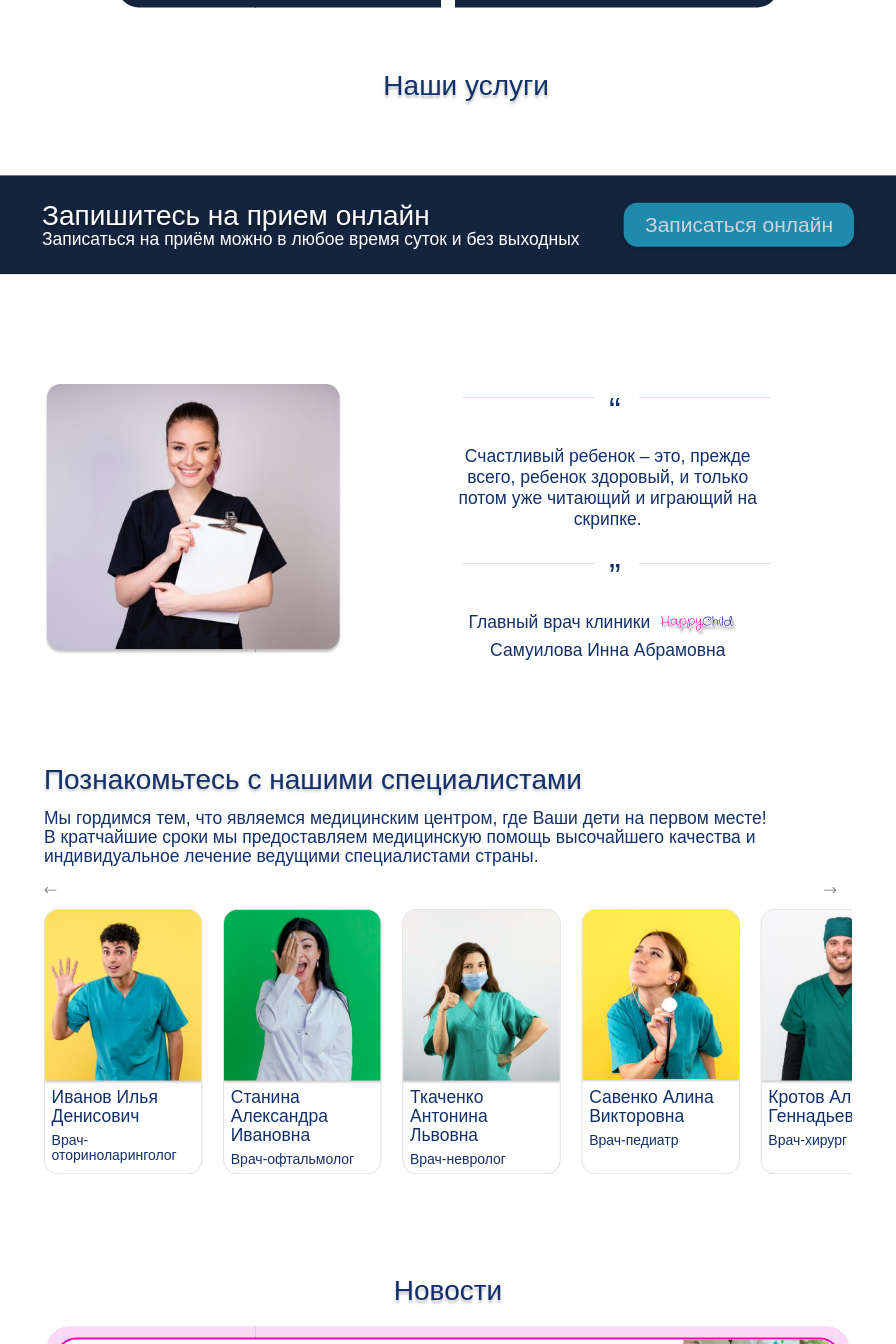
Repository: Normandy72/Landing-Page-Happy-Child
Page: index.html
The author's editor kept a copy of each file at every save. The page is drawn from the files as they stood at one save, then again after the next save.
The browser window is 1280 px wide. The pictures show the part of the page from y = 1082 to 3002 px (the page is 5967 px tall before and 6171 px after), at 70% of full size.
The page's requests for data from a server got no answer. Some web fonts or font styles are not loaded; a fallback is used.

Above is the page before, as saved 2022-12-06 09:12:33.

After the next save:
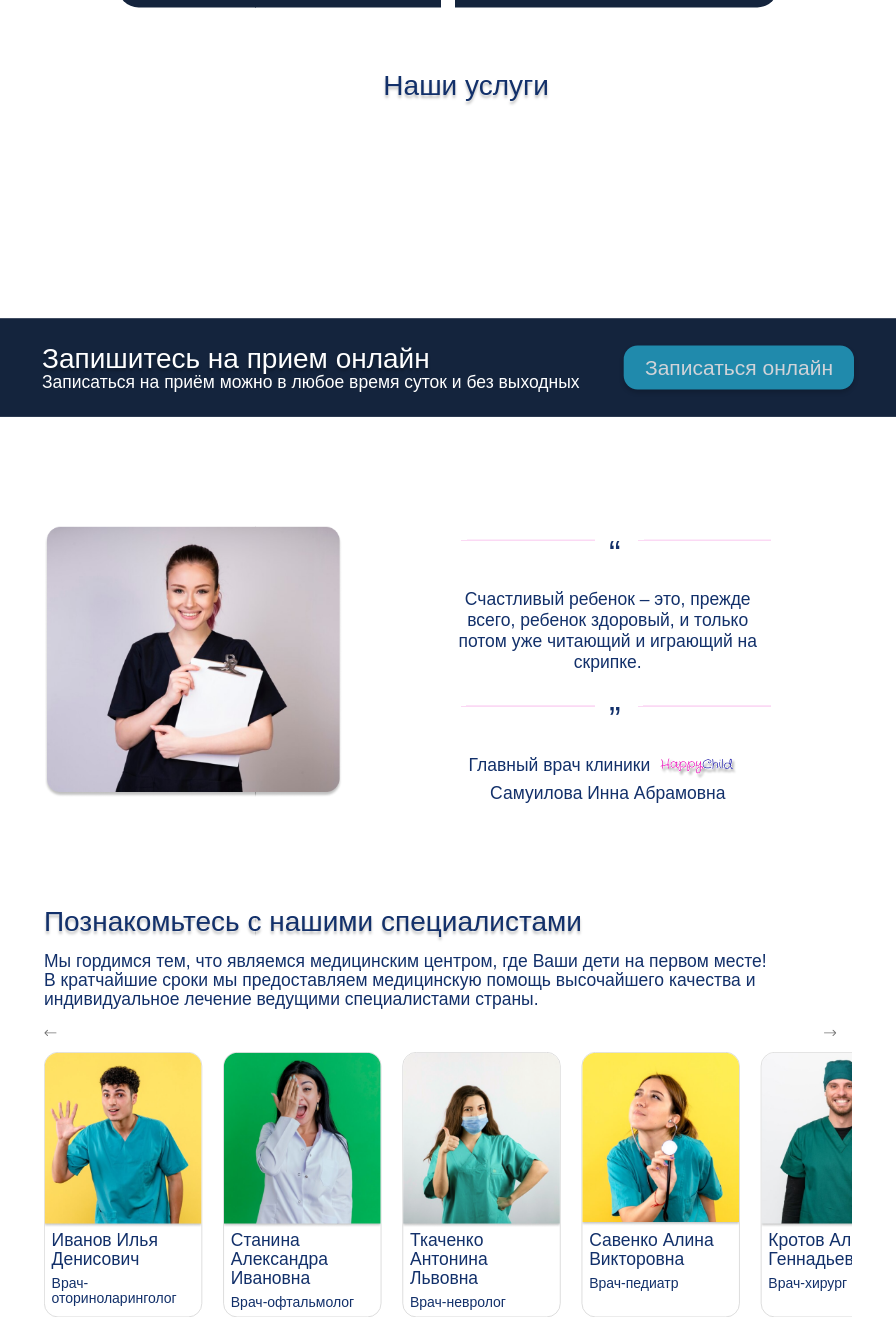
Saved 21 s later.
--- a/index.html
+++ b/index.html
@@ -81,7 +81,56 @@
                     </div> -->
                 </div>
 
-
+                <div class="services__cards layout-3-columns">
+                    <!-- <div class="services__card">
+                        <img src="resources/img/services/lor.png" alt="lor">
+                        <h4>Оториноларингология</h4>
+                    </div>
+
+                    <div class="services__card">
+                        <img src="resources/img/services/allergo.png" alt="allergo">
+                        <h4>Аллергология</h4>
+                    </div>
+
+                    <div class="services__card">
+                        <img src="resources/img/services/surgery.png" alt="surgery">
+                        <h4>Хирургия</h4>
+                    </div> -->
+                </div>
+
+                <div class="services__cards layout-3-columns">
+                    <!-- <div class="services__card">
+                        <img src="resources/img/services/neuro.png" alt="neuro">
+                        <h4>Неврология</h4>
+                    </div>
+
+                    <div class="services__card">
+                        <img src="resources/img/services/endocryn.png" alt="endocryn">
+                        <h4>Эндокринология</h4>
+                    </div>
+
+                    <div class="services__card">
+                        <img src="resources/img/services/ophtalm.png" alt="ophtalm">
+                        <h4>Офтальмология</h4>
+                    </div> -->
+                </div>
+
+                <div class="services__cards layout-3-columns">
+                    <!-- <div class="services__card">
+                        <img src="resources/img/services/vaccination.png" alt="vaccination">
+                        <h4>Вакцинация</h4>
+                    </div>
+
+                    <div class="services__card">
+                        <img src="resources/img/services/usd.png" alt="usd">
+                        <h4>УЗ-диагностика</h4>
+                    </div>
+
+                    <div class="services__card">
+                        <img src="resources/img/services/stayhome.png" alt="stayhome">
+                        <h4>Вызов врача на дом</h4>
+                    </div> -->
+                </div>
             </div>
         </section>
 

After the 3 saves that followed:
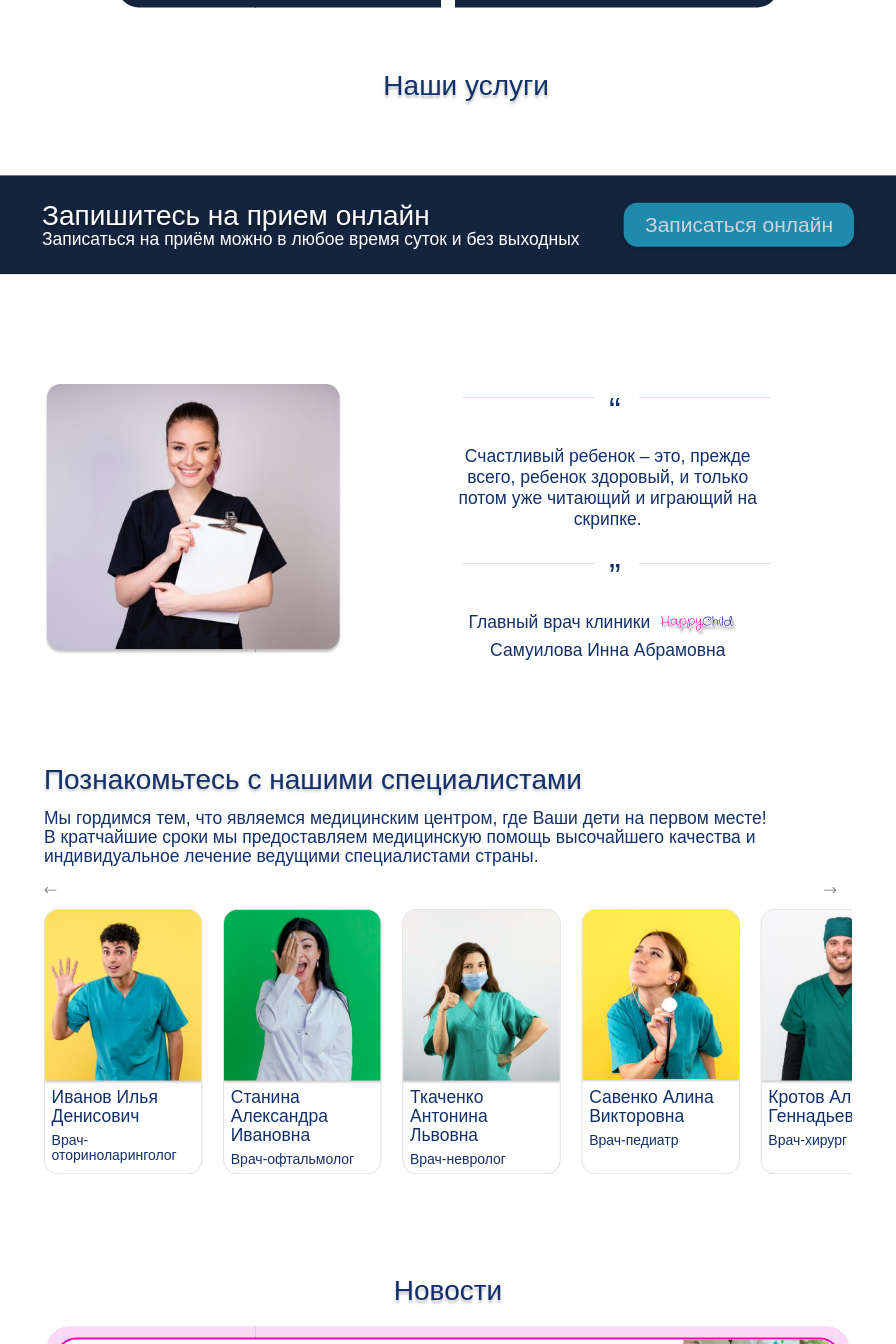
The 3 saves are shown as one change because 2 left the picture as it was.
The last was saved 2 min 43 s later.
--- a/index.html
+++ b/index.html
@@ -64,8 +64,9 @@
             <div class="wrapper">
                 <h2 class="heading_dark">Наши услуги</h2>
                 <div class="divider"></div>
-                <div class="services__cards layout-3-columns">
-                    <!-- <div class="services__card">
+                <div class="services__cards layout-3-columns"></div>
+                <!-- <div class="services__cards layout-3-columns">
+                    <div class="services__card">
                         <img src="resources/img/services/pediatria.png" alt="pediatria">
                         <h4>Педиатрия</h4>
                     </div>
@@ -78,11 +79,11 @@
                     <div class="services__card">
                         <img src="resources/img/services/cardio.png" alt="cardio">
                         <h4>Кардиология</h4>
-                    </div> -->
+                    </div>
                 </div>
 
                 <div class="services__cards layout-3-columns">
-                    <!-- <div class="services__card">
+                    <div class="services__card">
                         <img src="resources/img/services/lor.png" alt="lor">
                         <h4>Оториноларингология</h4>
                     </div>
@@ -95,11 +96,11 @@
                     <div class="services__card">
                         <img src="resources/img/services/surgery.png" alt="surgery">
                         <h4>Хирургия</h4>
-                    </div> -->
+                    </div>
                 </div>
 
                 <div class="services__cards layout-3-columns">
-                    <!-- <div class="services__card">
+                    <div class="services__card">
                         <img src="resources/img/services/neuro.png" alt="neuro">
                         <h4>Неврология</h4>
                     </div>
@@ -112,11 +113,11 @@
                     <div class="services__card">
                         <img src="resources/img/services/ophtalm.png" alt="ophtalm">
                         <h4>Офтальмология</h4>
-                    </div> -->
+                    </div>
                 </div>
 
                 <div class="services__cards layout-3-columns">
-                    <!-- <div class="services__card">
+                    <div class="services__card">
                         <img src="resources/img/services/vaccination.png" alt="vaccination">
                         <h4>Вакцинация</h4>
                     </div>
@@ -129,8 +130,8 @@
                     <div class="services__card">
                         <img src="resources/img/services/stayhome.png" alt="stayhome">
                         <h4>Вызов врача на дом</h4>
-                    </div> -->
-                </div>
+                    </div>
+                </div>                 -->
             </div>
         </section>
 
